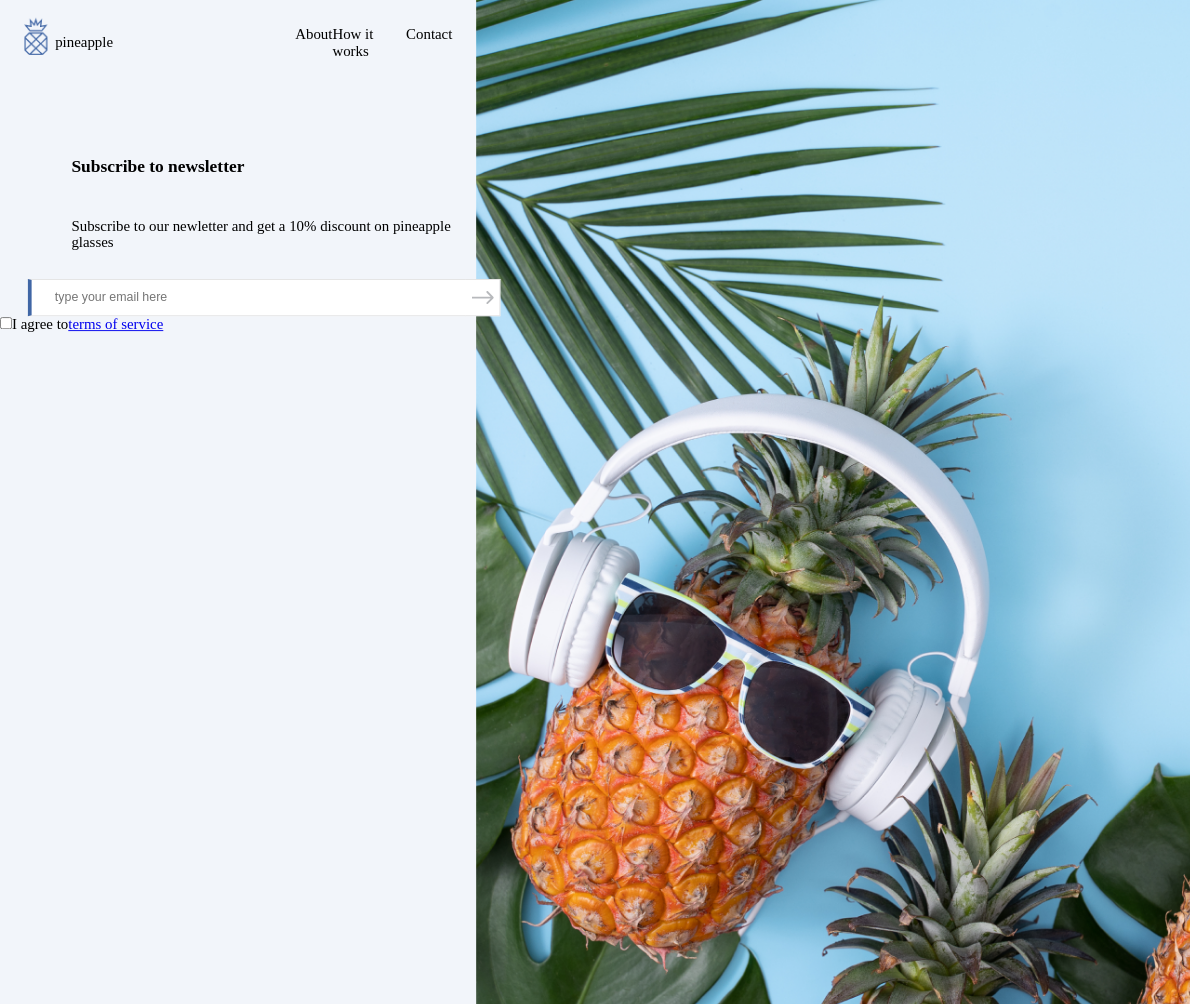
Repository: PaulsBebris/megabit-task
Page: /
The author's editor kept a copy of each file at every save. The page is drawn from the files as they stood at one save, then again after the next save.
The browser window is 1280 px wide. The pictures show the whole page, at 93% of full size.
The project was rebuilt for these pictures with package versions that can differ from the ones it lists, and the page was loaded fresh each time.

Above is the page before, as saved 2021-04-19 14:38:14.

After the next save:
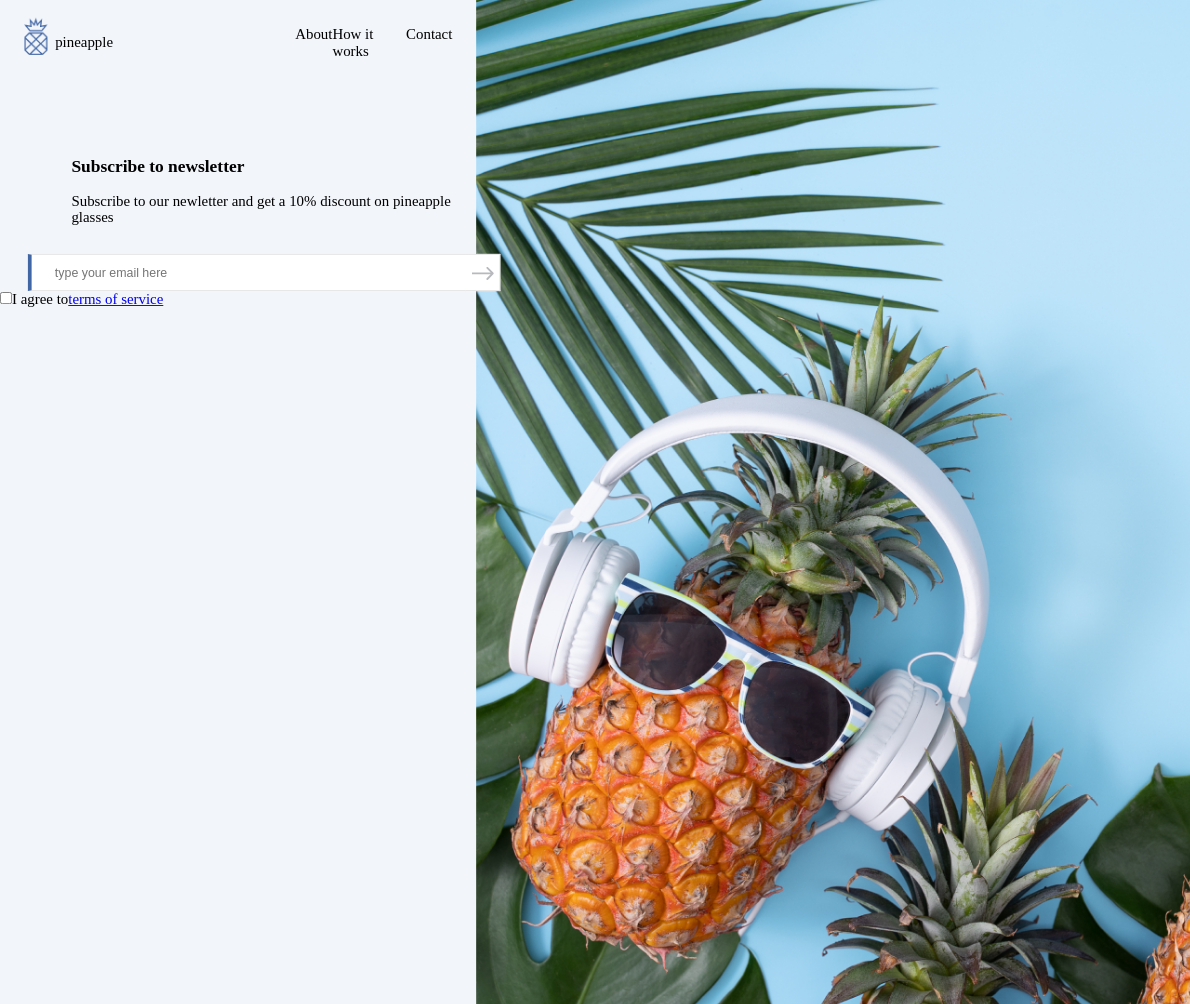
Saved 5 s later.
--- a/src/views/Home.vue
+++ b/src/views/Home.vue
@@ -103,7 +103,7 @@ export default {
   padding-left: 15%;
 }
 .content-wrapper :first-child {
-  margin-bottom: 10%;
+  margin-bottom: 4%;
 }
 .content-wrapper p {
   margin-bottom: 30px;
